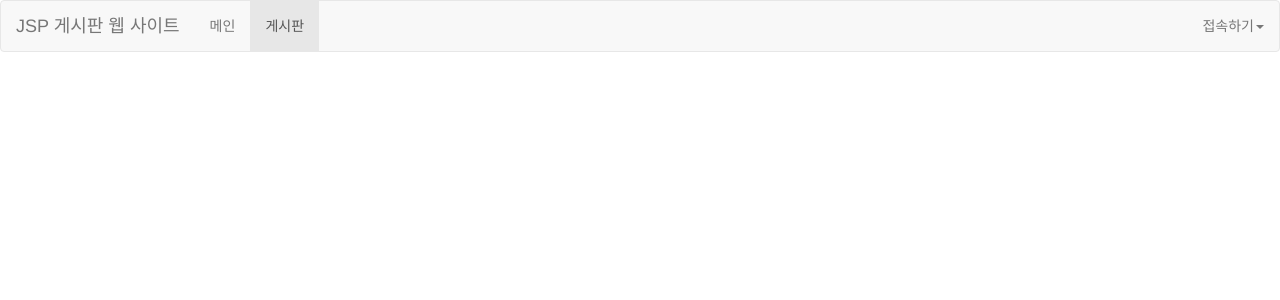
Repository: winter9388/JSP_BBS
Page: http://localhost/BBS/퍋ㅈ.jsp
These files come from the project's save history. The page is drawn as it stood at one moment and after the next save; the edit follows.
The browser window is 1280 px wide. The pictures show the whole page.
Some web libraries are served in a nearby version. The page is served by Tomcat 9. Other server files are loaded and not shown.

Above is the page before, as saved 2022-08-12 12:00:52.

### BBS/src/main/webapp/퍋ㅈ.jsp
<%@ page language="java" contentType="text/html; charset=UTF-8"
    pageEncoding="UTF-8"%>
<%@ page import="java.io.PrintWriter" %>
<!DOCTYPE html>
<html>
<head>
<meta charset="UTF-8">
<meta name="viewport" content="width=device-width", initial-scale="1">
<link rel="stylesheet" href="css/bootstrap.css">
<title>JSP 게시판 웹 사이트</title>
</head>
<body>
	<%
		String userID = null;
		if(session.getAttribute("userID") != null){ // 세션값이 존재하면
			userID = (String)session.getAttribute("userID"); // userID에 새션값을 입력
		}
	%>
	<nav class="navbar navbar-default">
		<div class="navbar-header">
			<button type="button" class="navbar-toggle collapsed"
				data-toggle="collapse" data-target="#bs-example-navbar-collapse-1"
				aria-expended="false">
				<span class="icon-bar"></span>
				<span class="icon-bar"></span>
				<span class="icon-bar"></span>
			</button>
			<a class="navbar-brand" href="main.jsp">JSP 게시판 웹 사이트</a>
		</div>
		<div class="collapse navbar-collapse" id="bs-example-navbar-collapse-1"
			aria-expended="false">
			<ul class="nav navbar-nav">
				<li><a href="main.jsp">메인</a></li>
				<li class="active"><a href="bbs.jsp">게시판</a></li>
			</ul>

			<%
				if(userID == null){ //세션이 없는경우 (로그인 되있지 않은 경우)만 아래 항목들을 보여줌
			%>
			<ul class="nav navbar-nav navbar-right">
				<li class="dropdown">
					<a href="#" class="dropdown-toggle"
						data-toggle="dropdown" role="button" aria-haspopup="true"
						aria-expanded="false">접속하기<span class="caret"></span></a>
					<ul class="dropdown-menu">
						<li><a href="login.jsp">로그인</a></li>
						<li><a href="join.jsp">회원가입</a></li>
					</ul>
				</li>
			</ul>
			<%
				} else {
			%>
			<ul class="nav navbar-nav navbar-right">
				<li class="dropdown">
					<a href="#" class="dropdown-toggle"
						data-toggle="dropdown" role="button" aria-haspopup="true"
						aria-expanded="false">회원관리<span class="caret"></span></a>
					<ul class="dropdown-menu">
						<li><a href="logoutAction.jsp">로그아웃</a></li>
					</ul>
				</li>
			</ul>
			<%
				}
			%>
		</div>
	</nav>

	<!--  -->
	<div class="container">
		<div class="row">
			<table class="table table-striped" style="text-align: center; border: 1px solid #dddddd"> <!-- table-striped -> 테이블의 짝수 홀수 열 구분 -->
			</table>
		</div>
	</div>

	<script src="https://code.jquery.com/jquery-3.1.1.min.js"></script>
	<script src="js/bootstrap.js"></script>
</body>
</html>

Loaded but not shown: BBS/src/main/webapp/css/bootstrap.css (library); BBS/src/main/webapp/js/bootstrap.js (library)

After the next save:
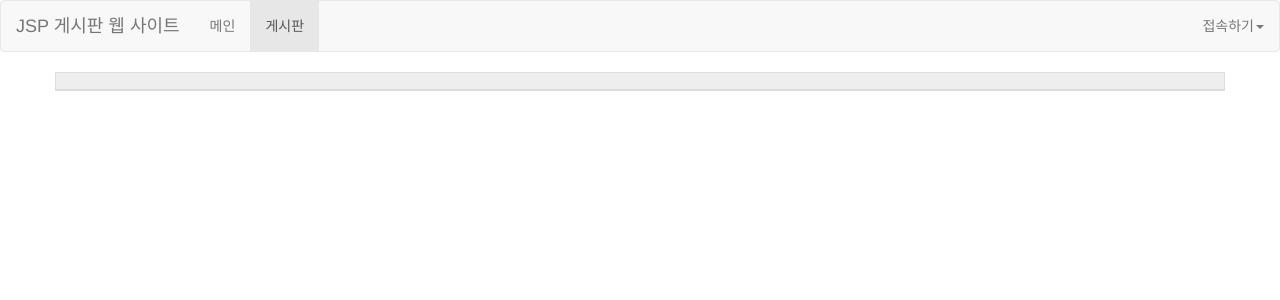
Saved 70 s later.
--- a/BBS/src/main/webapp/퍋ㅈ.jsp
+++ b/BBS/src/main/webapp/퍋ㅈ.jsp
@@ -71,6 +71,11 @@
 	<div class="container">
 		<div class="row">
 			<table class="table table-striped" style="text-align: center; border: 1px solid #dddddd"> <!-- table-striped -> 테이블의 짝수 홀수 열 구분 -->
+				<thead>
+					<tr>
+						<th style="background-color: #eeeeee"></th>
+					</tr>
+				</thead>
 			</table>
 		</div>
 	</div>
